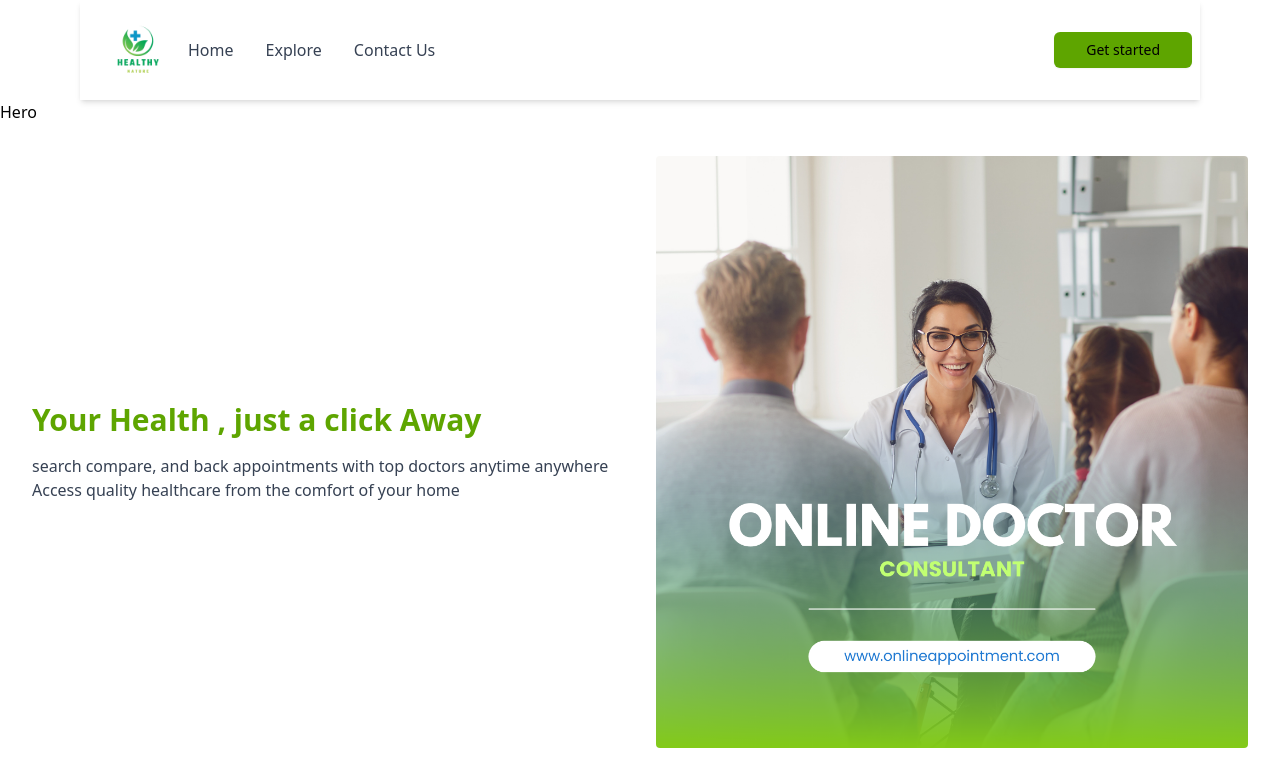
Repository: Muyassar-Mamdoh-Salem/appooinetment_app_frontend
Page: /
The author's editor kept a copy of each file at every save. The page is drawn from the files as they stood at one save, then again after a run of saves.
The browser window is 1280 px wide. The pictures show the whole page.
The project was rebuilt for these pictures with package versions that can differ from the ones it lists, and the page was loaded fresh each time. The framework's server and built-in components were replaced by stand-ins that run in the browser. Also part of the build but not shown: next.config.mjs.

Above is the page before, as saved 2025-07-03 15:24:21.

### app/layout.js
import { Geist, Geist_Mono } from "next/font/google";
import "./globals.css";
import Header from "./_compnents/Header";
const geistSans = Geist({
  variable: "--font-geist-sans",
  subsets: ["latin"],
});

const geistMono = Geist_Mono({
  variable: "--font-geist-mono",
  subsets: ["latin"],
});

export const metadata = {
  title: "Create Next App",
  description: "Generated by create next app",
};

export default function RootLayout({ children }) {
  return (
    <html lang="en">
      <body
        className={`${geistSans.variable} ${geistMono.variable} antialiased`}
      >
        <div className=" md:px-20">
                 <Header />

        </div>
        {children}
      </body>
    </html>
  );
}

### app/page.js
import Image from "next/image";

// shad cn
import { Button } from "@/components/ui/button"
// component
import Hero from "./_compnents/Hero";
export default function Home() {
  return (
    <div className="">
<Hero/>

    </div>
  );
}

### app/_compnents/Header.jsx
import React from 'react';
import Image from 'next/image';
import Link from 'next/link';
import { Button } from '@/components/ui/button';

function Header() {
  const menu = [
    { id: 1, name: 'Home', path: '/' },
    { id: 2, name: 'Explore', path: 'Explore' },
    { id: 3, name: 'Contact Us', path: 'Contact Us' }
  ];

  return (
    <header className="bg-white shadow-md px-2 flex items-center justify-between    ">
      <div className="  flex items-center  ">
        {/* الشعار */}
        <div className="flex items-center gap-2">
          <Image src="/assets/image/logo.png" width={100} height={40} alt="logo" />

        </div>

        {/* القائمة */}
        <nav>
          <ul className="hidden md:flex gap-8 text-gray-700 font-medium">
            {menu.map((item) => (
              <li key={item.id}>
                <Link
                  href={item.path}
                  className="hover:text-lime-600 transition-all duration-200 cursor-pointer hover:scale-105 "
                >
                  {item.name}
                </Link>
              </li>
            ))}
          </ul>
        </nav>
      </div>
      <Button>Get started</Button>

    </header>
  );
}

export default Header;

### components/ui/button.jsx
import * as React from "react"
import { Slot } from "@radix-ui/react-slot"
import { cva } from "class-variance-authority";

import { cn } from "@/lib/utils"

const buttonVariants = cva(
  "inline-flex items-center justify-center gap-2 whitespace-nowrap rounded-md text-sm font-medium transition-all disabled:pointer-events-none disabled:opacity-50 [&_svg]:pointer-events-none [&_svg:not([class*='size-'])]:size-4 shrink-0 [&_svg]:shrink-0 outline-none focus-visible:border-ring focus-visible:ring-ring/50 focus-visible:ring-[3px] aria-invalid:ring-destructive/20 dark:aria-invalid:ring-destructive/40 aria-invalid:border-destructive",
  {
    variants: {
      variant: {
        default:
          "bg-lime-600 text-primary-foreground shadow-xs hover:bg-lime-700 cursor-pointer",
        destructive:
          "bg-destructive text-white shadow-xs hover:bg-destructive/90 focus-visible:ring-destructive/20 dark:focus-visible:ring-destructive/40 dark:bg-destructive/60",
        outline:
          "border bg-background shadow-xs hover:bg-accent hover:text-accent-foreground dark:bg-input/30 dark:border-input dark:hover:bg-input/50",
        secondary:
          "bg-secondary text-secondary-foreground shadow-xs hover:bg-secondary/80",
        ghost:
          "hover:bg-accent hover:text-accent-foreground dark:hover:bg-accent/50",
        link: "text-primary underline-offset-4 hover:underline",
      },
      size: {
        default: "h-9 px-8 py-2 has-[>svg]:px-3",
        sm: "h-8 rounded-md gap-1.5 px-3 has-[>svg]:px-2.5",
        lg: "h-10 rounded-md px-6 has-[>svg]:px-4",
        icon: "size-9",
      },
    },
    defaultVariants: {
      variant: "default",
      size: "default",
    },
  }
)

function Button({
  className,
  variant,
  size,
  asChild = false,
  ...props
}) {
  const Comp = asChild ? Slot : "button"

  return (
    <Comp
      data-slot="button"
      className={cn(buttonVariants({ variant, size, className }))}
      {...props} />
  );
}

export { Button, buttonVariants }

### app/_compnents/Hero.jsx
import React from 'react'

function Hero() {
  return (
    <div>Hero
        <section>
  <div className="mx-auto max-w-screen-xl px-4 py-8 sm:px-6 lg:px-8">
    <div className="grid grid-cols-1 gap-4 md:grid-cols-2 md:items-center md:gap-8">
      <div>
        <div className="max-w-lg md:max-w-none">
          <h2 className="text-2xl font-semibold text-lime-600 sm:text-3xl">
          Your Health , just a click Away
          </h2>

          <p className="mt-4 text-gray-700">
           search compare, and back appointments with top doctors anytime anywhere Access quality healthcare from the comfort of your home
          </p>
        </div>
      </div>

      <div>
        <img
        src='assets\image\hero.png'
          className="rounded"
          alt=""
        />
      </div>
    </div>
  </div>
</section>
    </div>
  )
}

export default Hero

Loaded but not shown: app/globals.css (common file); lib/utils.js (common file)

After the next 8 saves:
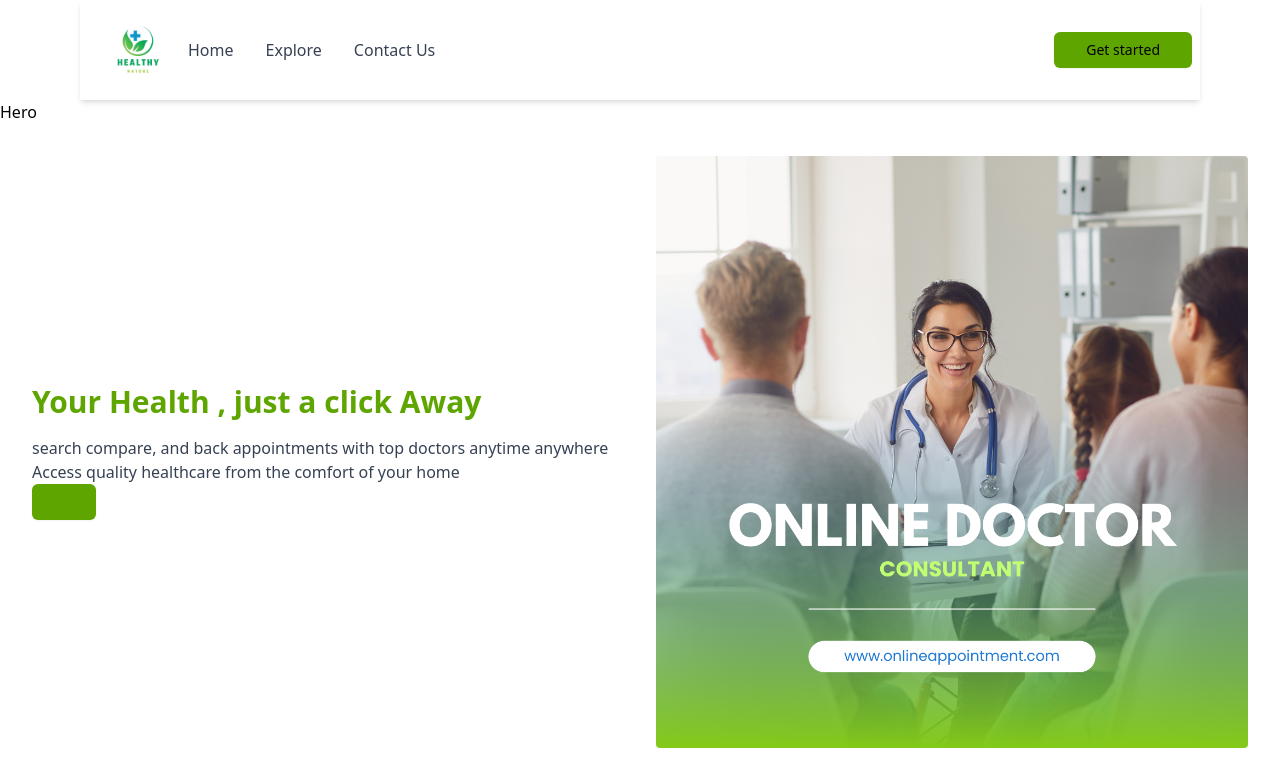
The 8 saves are shown as one change because 1 did not build or start and some came seconds apart.
The last was saved 75 s later.
--- a/app/_compnents/Hero.jsx
+++ b/app/_compnents/Hero.jsx
@@ -1,3 +1,4 @@
+import { Button } from '@/components/ui/button'
 import React from 'react'
 
 function Hero() {
@@ -15,6 +16,7 @@ function Hero() {
           <p className="mt-4 text-gray-700">
            search compare, and back appointments with top doctors anytime anywhere Access quality healthcare from the comfort of your home
           </p>
+          <Button></Button>
         </div>
       </div>
 
